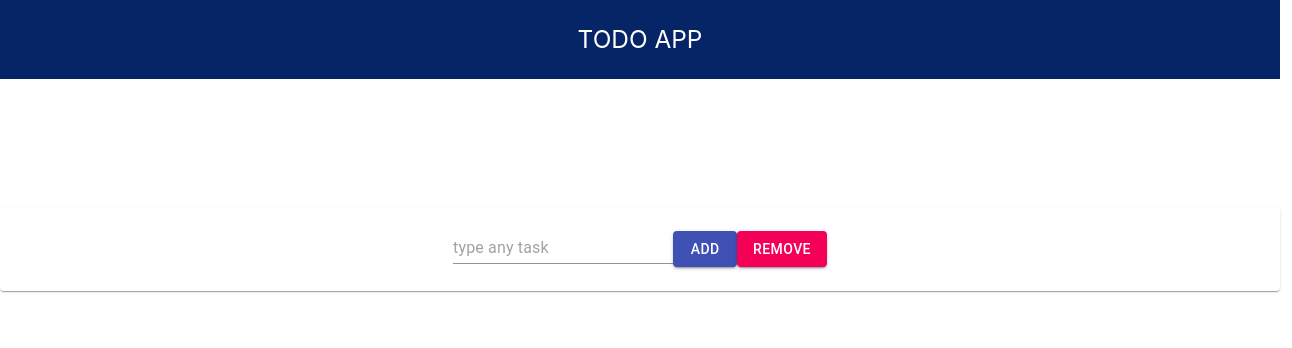
Repository: Shams97/Todo-app
Page: /
These files come from the project's save history. The page is drawn as it stood at one moment and after the next save; the edit follows.
The browser window is 1280 px wide. The page is 1292 px wide, so the pictures cover 1292 px, including what lies to the right of the window. The pictures show the whole page.
The project was rebuilt for these pictures with package versions that can differ from the ones it lists, and the page was loaded fresh each time.

Above is the page before, as saved 2021-06-26 23:44:30.

### src/App.js
import './App.css';
import Tasks from './tasks/tasks';
function App() {
  return (
    <div className="App">
      <header className="App-header">
            <p> TODO APP</p>
      </header>
      <Tasks/>
    </div>
  );
}

export default App;

### src/App.css
.App {
  text-align: center;
}

.App-header {
  background-color: #052566;
  min-height: 10vh;
  display: flex;
  flex-direction: column;
  align-items: center;
  justify-content: center;
  font-size: calc(10px + 2vmin);
  color: white;
  margin-bottom: 10%;
}
.container {
  padding:0% 2%;
}

### src/tasks/tasks.js
import React from "react";
import { makeStyles } from '@material-ui/core/styles';
import { Button, Input,Grid,Paper } from "@material-ui/core";

const useStyles = makeStyles((theme) => ({
    root: {
      flexGrow: 1,
    },
    paper: {
      padding: theme.spacing(3),
      textAlign: 'center',
      color: theme.palette.text.secondary,
    },
  }));

export default function Tasks() {
    const classes = useStyles();

  return (
    <Grid container spacing={3} className={classes.root}>
      <Grid item xs={12}>
        <Paper className={classes.paper}>
          <Input placeholder="type any task"></Input>
          <Button variant="contained" color="primary">
            Add
          </Button>
          <Button variant="contained" color="secondary">
            Remove
          </Button>
        </Paper>
      </Grid>
    </Grid>
  );
}

Loaded but not shown: public/index.html (common file); src/index.js (common file); src/index.css (common file); src/reportWebVitals.js (common file)

After the next save:
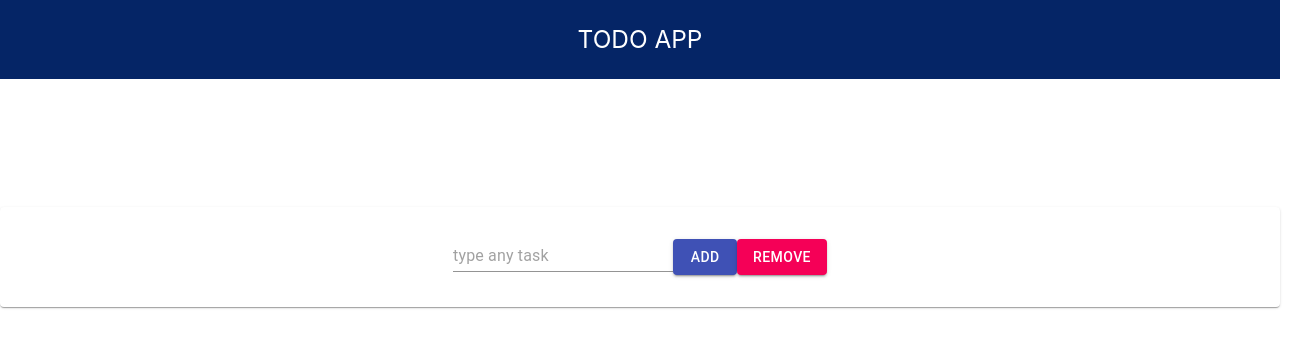
Saved 49 s later.
--- a/src/tasks/tasks.js
+++ b/src/tasks/tasks.js
@@ -7,7 +7,7 @@ const useStyles = makeStyles((theme) => ({
       flexGrow: 1,
     },
     paper: {
-      padding: theme.spacing(3),
+      padding: theme.spacing(4),
       textAlign: 'center',
       color: theme.palette.text.secondary,
     },
@@ -24,9 +24,13 @@ export default function Tasks() {
           <Button variant="contained" color="primary">
             Add
           </Button>
-          <Button variant="contained" color="secondary">
+
+        {
+        <Button variant="contained" color="secondary">
             Remove
           </Button>
+
+         }
         </Paper>
       </Grid>
     </Grid>
